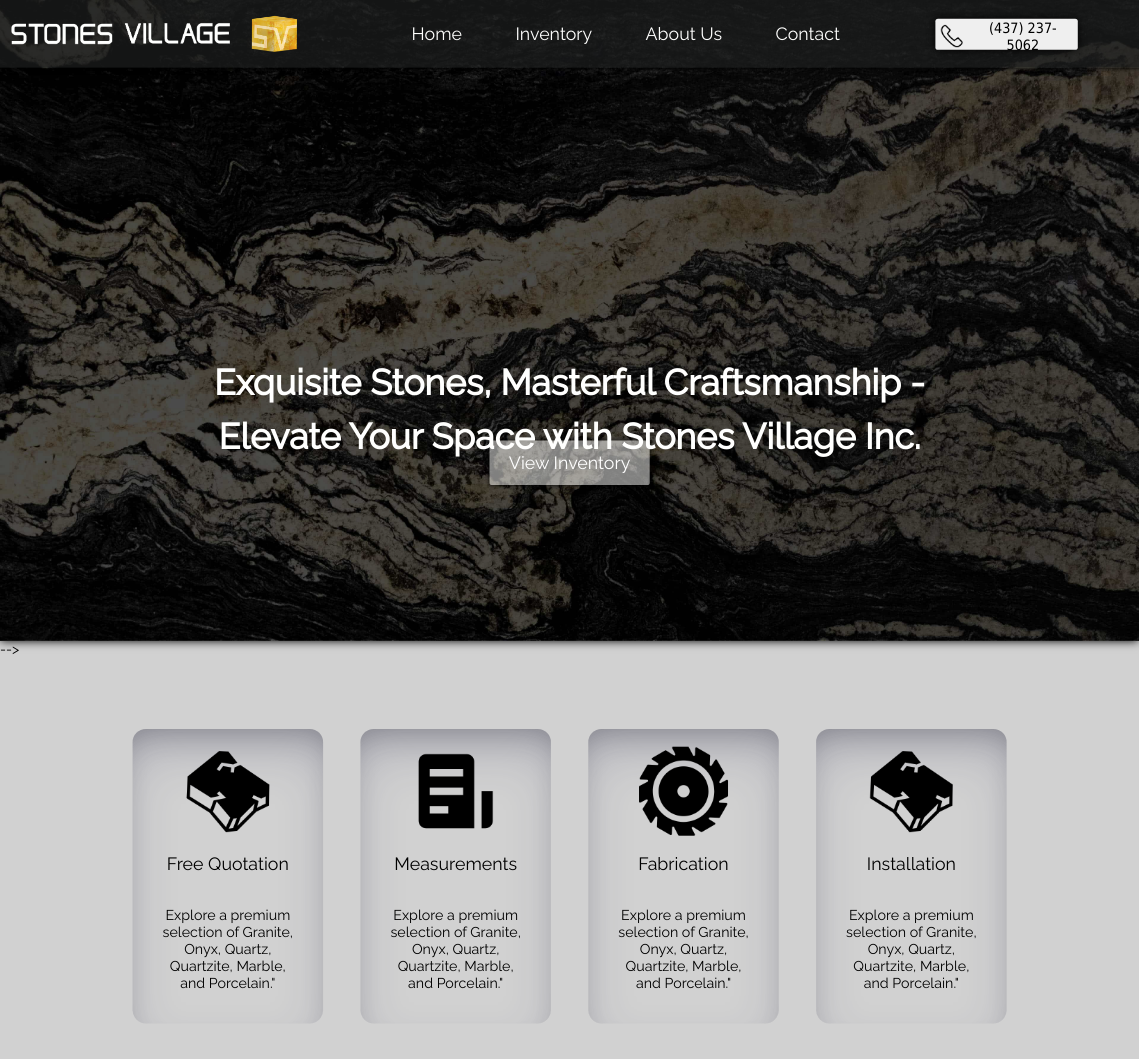
Repository: shayanabedi98/Stones-Village
Page: index.html
These files come from the project's save history. The page is drawn as it stood at one moment and after the next save; the edit follows.
The browser window is 1280 px wide. The pictures show the whole page, at 89% of full size.
Backgrounds fixed to the window are drawn as part of the page.

Above is the page before, as saved 2023-10-22 17:17:19.

After the next save:
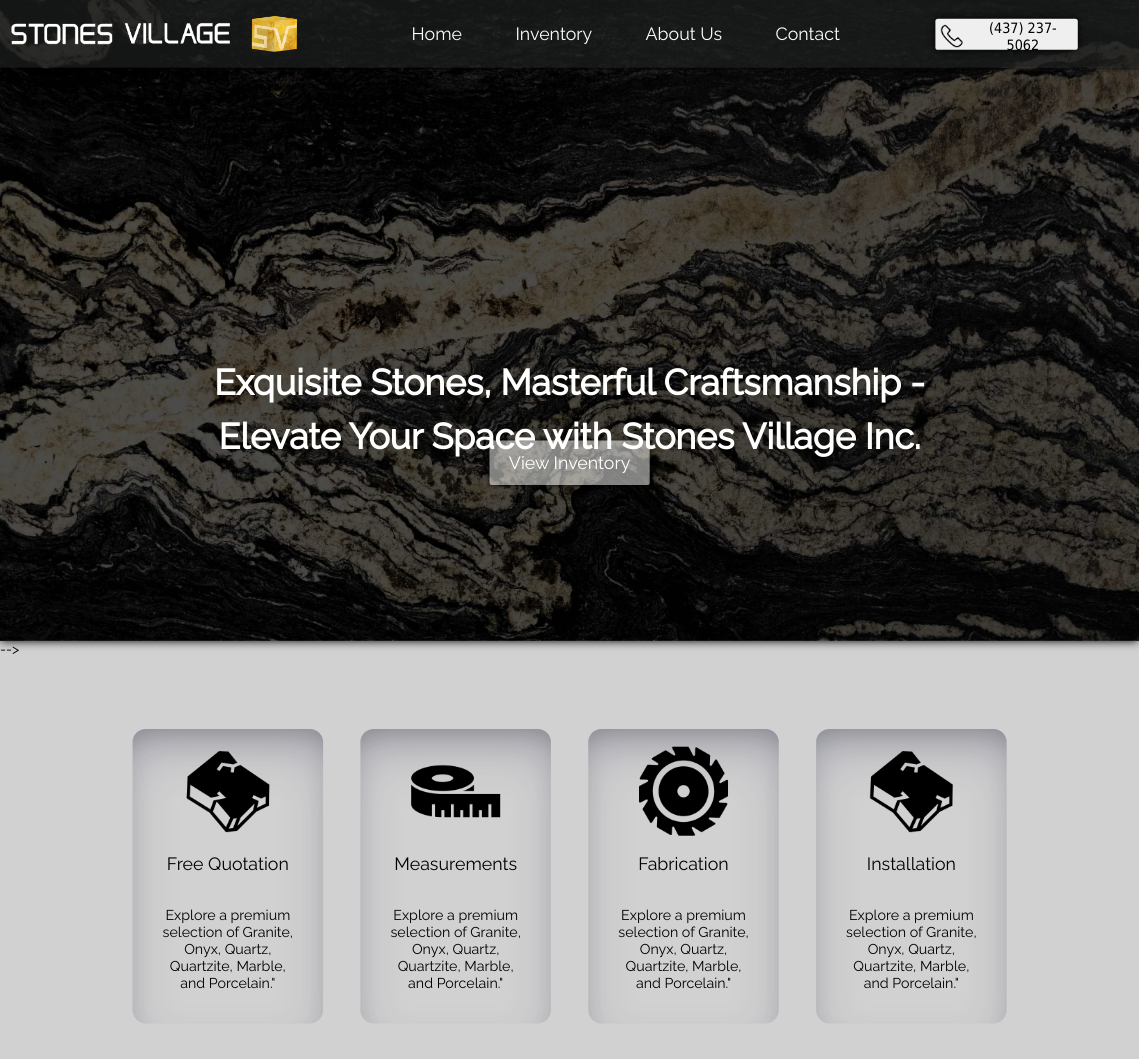
Saved 20 s later.
--- a/index.html
+++ b/index.html
@@ -67,7 +67,7 @@ Our trained professionals carry out careful and precise installations. We also p
                 </div>
             </div>
             <div class="card">
-                <img src="./resources/invoice-svgrepo-com.png" alt="Icon of Stone Slab">
+                <img src="./resources/measure-2-svgrepo-com.png" alt="Icon of Stone Slab">
                 <div class="card-text">
                     <p class="card-name">Measurements</p>
                     <p class="card-description">Explore a premium selection of Granite, Onyx, Quartz, Quartzite, Marble, and Porcelain."</p>
